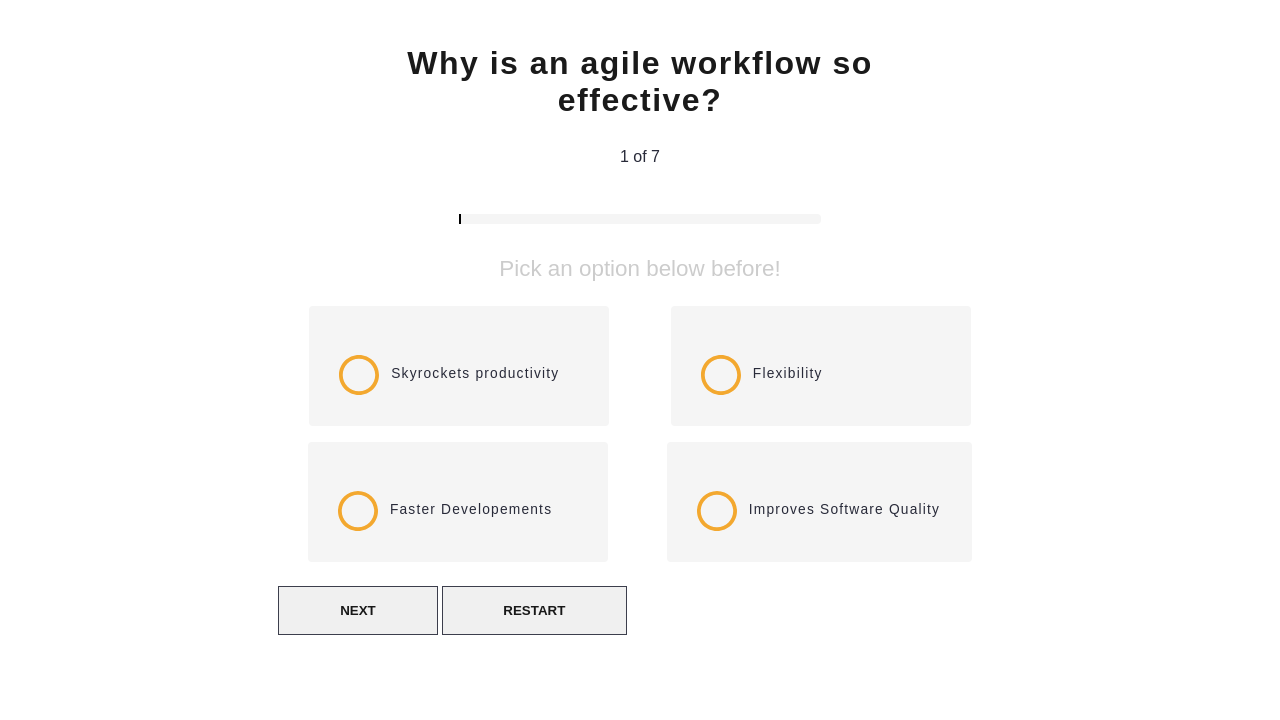
Repository: mukiSabljakovic/Quiz-APP
Page: index.html
The author's editor kept a copy of each file at every save. The page is drawn from the files as they stood at one save, then again after the next save.
The browser window is 1280 px wide. The pictures show the whole page.
Some web fonts or font styles are not loaded; a fallback is used.

Above is the page before, as saved 2020-05-01 12:29:03.

After the next save:
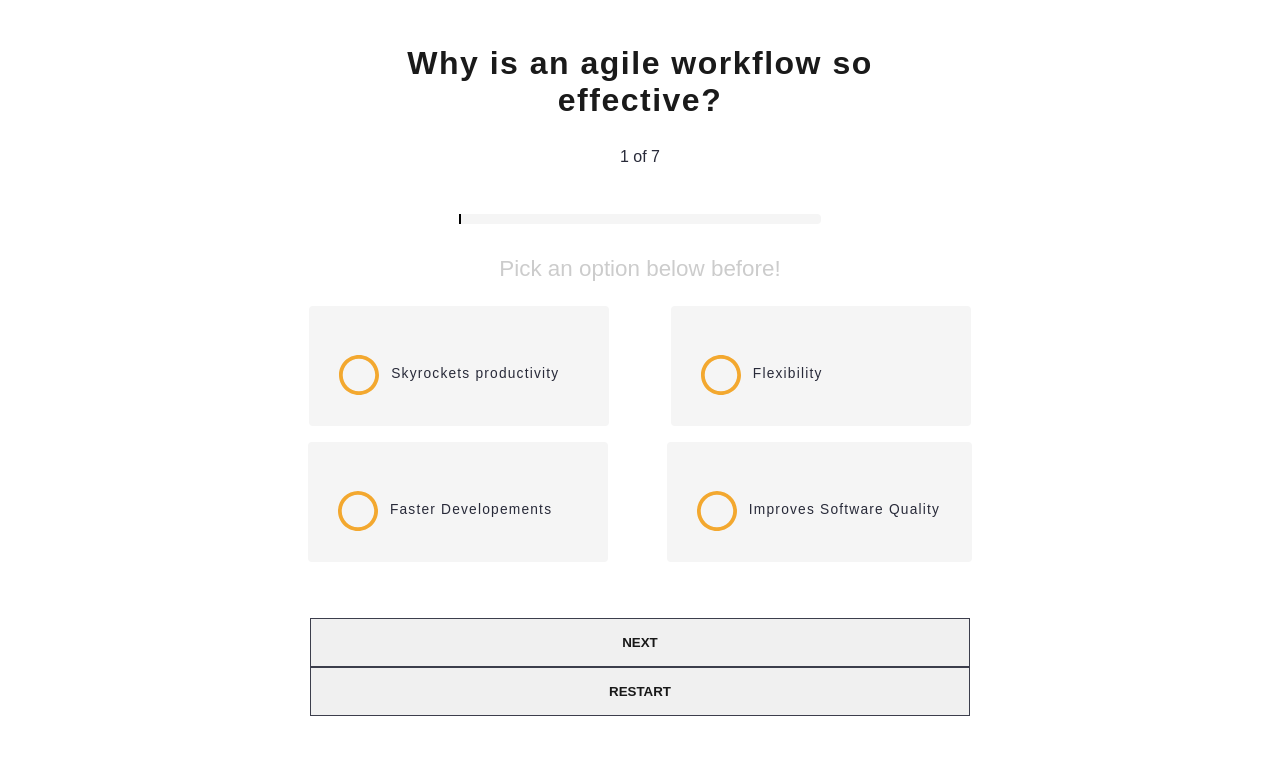
Saved 74 s later.
--- a/css/style.css
+++ b/css/style.css
@@ -141,3 +141,9 @@
     left: -2px;
     margin-right: 10px;
 }
+
+.jabquiz__footer {
+    padding: 2rem;
+    display: flex;
+    flex-direction: column;
+}
